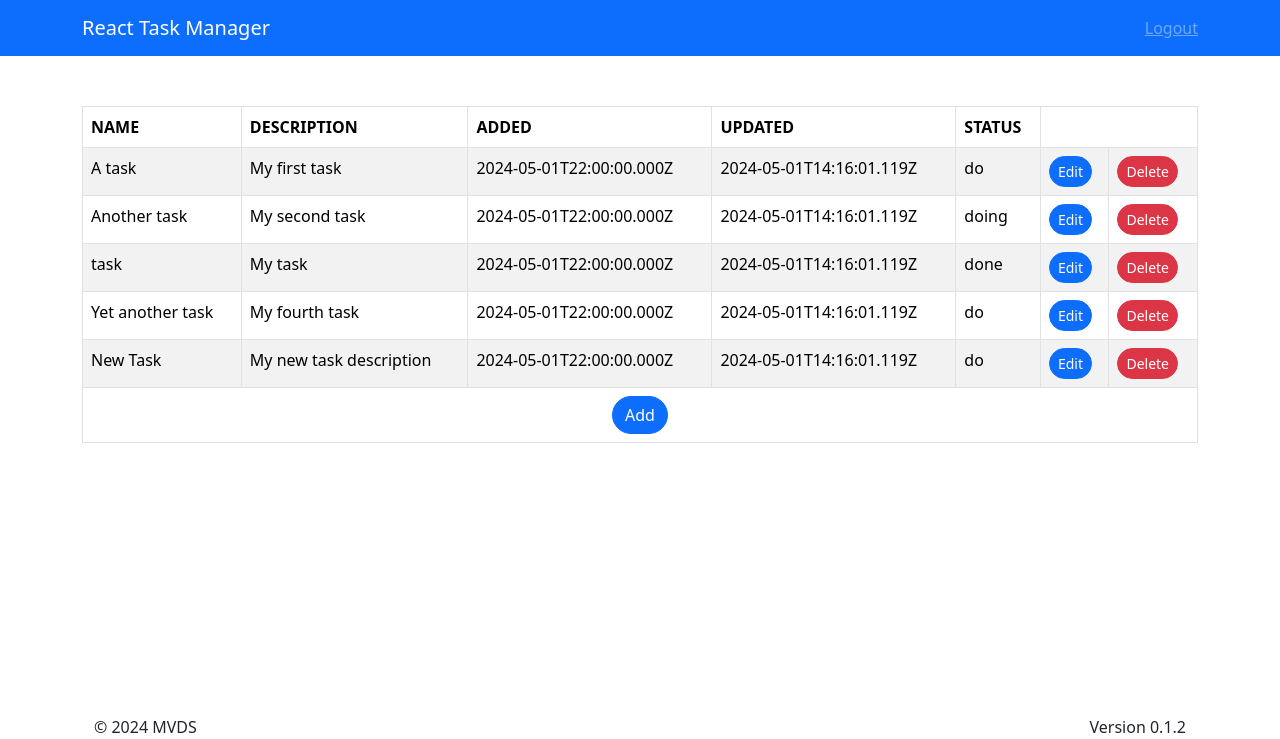
Repository: trider/react-task-manager
Page: /#/tasks
An editor plug-in stored every save of this project. The page is shown before and after a run of saves, followed by the edit.
The browser window is 1280 px wide. The pictures show the whole page.
The project was rebuilt for these pictures with package versions that can differ from the ones it lists, and the page was loaded fresh each time. Also part of the build but not shown: src/App.css, src/_data/_Users.js, src/pages/Login.js, src/components/Add.js.

Above is the page before, as saved 2024-05-10 15:31:51.

### src/App.js
// import logo from './logo.svg';
import './App.css';
import 'bootstrap/dist/css/bootstrap.min.css';
// import { BrowserRouter, Routes, Route } from "react-router-dom";
import {HashRouter as Router, Routes, Route} from "react-router-dom";
import LoginForm from "./pages/Login";
import TaskList from "./pages/Task";

// const path = process.env.REACT_APP_FOR_PATH;

function App() {
  return (
    <div>
      <Router baseline="/">
        <Routes>
          <Route index element={<LoginForm />} />
            <Route path="login" element={<LoginForm />} />
            <Route path="tasks" element={<TaskList />} />
        </Routes>
      </Router>
    </div>
  );
}

export default App;

### src/pages/Task.js
import * as React from 'react';

import { useState } from 'react';
import { useReducer } from 'react';

import Table from 'react-bootstrap/Table';
import Container from 'react-bootstrap/Container';
import Button from 'react-bootstrap/Button';
import Form from 'react-bootstrap/Form';

import NavbarComponent from '../components/Navigation';
import Footer from '../components/Footer';
import TaskAdd from '../components/Add';
import ModalComponent from '../components/Modal';

import userTasks from '../_data/_Tasks';
import tableCols from '../_data/_Cols';
import tasksReducer from '../_Reducers/tasksReducer';

const states = ['do', 'doing', 'done'];




const TaskTable = () => {

  const [tasks, dispatch] = useReducer(tasksReducer, userTasks);
  const [taskName, setTaskName] = useState("A Task");
  const [taskDescription, setTaskDescription] = useState("Task Description");
  const [taskStatus, setTaskStatus] = useState("do");






  const addTask = (task) => {
    // setDateAdded(new Date().toISOString());
    // setDateUpdated(new Date().toISOString());
    setTaskStatus('do');

    dispatch({
      type: 'added',
      task: task,
    });
  }

  const editTask = (task) => {
    task.isEdit = true;
    dispatch({
      type: 'edit',
      task: task,
    });



  }

  const getButton = (task) => {

    if (task.isEdit) {
      return <Button variant="primary rounded-pill" size='sm' onClick={(e) => updateTask(task)}>
        Update
      </Button>
    }
    else {
      return <Button variant="primary rounded-pill" size='sm' onClick={(e) => editTask(task)}>
        Edit
      </Button>
    }

  }

  const updateTask = (task) => {

    task.isEdit = false;
    task.name = taskName;
    tasks.description = taskDescription
    task.status = taskStatus
    task.updated = new Date().toISOString();



    dispatch({
      type: 'changed',
      task: task,
    });


    // setIsAdd(false);



  }

  const deleteTask = (task) => {
    dispatch({
      type: 'deleted',
      task: task,
    });
  }

  const getTask = (task, col) => {
    if (task.isEdit) {
      if (col === 'name') {
        return <Form.Control
          type="text"
          value={taskName}
          onChange={(e) => setTaskName(e.target.value)}
        />
      }
      else if (col === 'description') {
        return <Form.Control
          type="text"
          value={taskDescription}
          onChange={(e) => setTaskDescription(e.target.value)}
        />
      }
      else if (col === 'status') {
        return <Form.Select  onChange={(e) => setTaskStatus(e.target.value)}>
          {states.map((state) => (  <option key={state} value={state}>{state}</option>))}
        </Form.Select>
      }
      else {
        return task[col]
      }


    }
    else {
      return task[col]
    }


  }



  const showTableBody = () => {


      return <tbody>
        {tasks.map((task) => (
          <tr key={task.id}>
            {tableCols.map((col) => (
              <td key={col}>

                {getTask(task, col)}

              </td>
            ))}

            <td>
              {getButton(task)}
              {/* <ModalComponent title='Edit' tasks={tasks} onAddTask={addTask} size='sm' /> */}
            </td>
            <td>
              <Button variant="danger rounded-pill" size='sm' onClick={(e) => deleteTask(task)}>
                Delete
              </Button>
            </td>
          </tr>
        ))}



        <tr style={{height:"40px"}}>

          <td colSpan={tableCols.length+2} style={{ backgroundColor: "white" }}>
          <div className="d-grid gap-2 d-md-flex justify-content-md-center">
            <ModalComponent
            title='Add'
            tasks={tasks}
            task={{
              name: 'New Task',
              description: taskDescription,
              user: 'jonnygold',
              status: 'do',
              taskId: tasks.length + 1,
              added: new Date().toISOString(),
              updated: new Date().toISOString(),
              isActive: true,
              isEdit: false}}
            onAddTask={addTask}
            onEditTask={updateTask} />
          </div>



          </td>
        </tr>
      </tbody>




  }






  return (
    <div >
      <Table striped bordered hover size="lg">
        <thead>
          <tr>
            {tableCols.map((col) => (
              <th key={col}>{col.toUpperCase()}</th>
            ))}
            <th colSpan={"2"}></th>
          </tr>
        </thead>

        {showTableBody()}

      </Table>





    </div>
  );
}


const TaskList = () => {



  return (
    <div>

      <NavbarComponent />
      <Container style={{ marginTop: "50px" }}>

        <div style={{ marginTop: "50px" }}>
          <TaskTable />

        </div>

      </Container>
      <Container style={{ paddingTop: '20%' }} >
        <Footer />
      </Container>

    </div>
  );
}

export default TaskList;

### src/components/Footer.js
import * as React from 'react';
import Container from 'react-bootstrap/Container';
import Row from 'react-bootstrap/Row';
import Col from 'react-bootstrap/Col';


const Footer = () => {
  return (
    <footer>
      <Container >
      <Row>
        <Col sm={8}>&copy; 2024 MVDS</Col>
        <Col style={{textAlign:"right"}}>Version 0.1.2</Col>
      </Row>
      </Container>
    </footer>
  );
}

export default Footer;

### src/components/Navigation.js
import * as React from 'react';
import Container from 'react-bootstrap/Container';
import Nav from 'react-bootstrap/Nav';
import Navbar from 'react-bootstrap/Navbar';
import {Link as ReactLink} from "react-router-dom";






const NavbarComponent = () => {
  return (
    <Navbar bg="primary" expand="lg" data-bs-theme="dark">
      <Container>
        <Navbar.Brand href="#home">React Task Manager</Navbar.Brand>
        <Navbar.Toggle aria-controls="basic-navbar-nav" />
        <Navbar.Collapse id="basic-navbar-nav">
          <Nav className="me-auto" >
          </Nav>

          <div className='Nav'>
            <ReactLink to="/login">Logout</ReactLink>
          </div>
        </Navbar.Collapse>
      </Container>
    </Navbar>
  );
}



export default NavbarComponent;

### src/components/Modal.js
import { useState } from 'react';
import Button from 'react-bootstrap/Button';
import Modal from 'react-bootstrap/Modal';
import Form from 'react-bootstrap/Form';






const ModalComponent = (props) => {

  const [taskName, setTaskName] = useState(props.task.name);
  const [taskDescription, setTaskDescription] = useState(props.task.description);
  const [dateAdded, setDateAdded] = useState(props.task.added);
  const [dateUpdated, setDateUpdated] = useState(props.task.updated);
  const [show, setShow] = useState(false);



  const handleClose = () => setShow(false);
  const handleShow = () => setShow(true);
  return (
    <div >
      <Button variant="primary" onClick={handleShow} className='rounded-pill' size={props.size}>
        {props.title}
      </Button>

      <Modal show={show} onHide={handleClose}>
        <Modal.Header closeButton>
          <Modal.Title>{props.title}</Modal.Title>
        </Modal.Header>
        <Modal.Body>
        <Form onSubmit={(e) => {
        setDateAdded(new Date().toISOString());
        setDateUpdated(new Date().toISOString());

        if(props.title === 'Add'){


          props.onAddTask({
            name: taskName,
            description: taskDescription,
            user:props.task.user,
            status: props.task.status,
            taskId: props.task,
            added: dateAdded,
            updated: dateUpdated,
            isActive: true,
            isEdit: false
          });
      }
            setShow(false);



      }}>

        <Form.Group className="mb-3" controlId="taskName">
          <Form.Label>Name</Form.Label>
          <Form.Control
            type="text"
            value={taskName}
            onChange={(e) => setTaskName(e.target.value)}


          />
        </Form.Group>
        <Form.Group className="mb-3" controlId="taskDescription">
          <Form.Label>Description</Form.Label>
          <Form.Control
            type="text"
            value={taskDescription}
            onChange={(e) => setTaskDescription(e.target.value)}

          />
        </Form.Group>

        <div className="d-grid gap-2">
          <Button variant="primary" type="submit" >Submit</Button>
        </div>
      </Form>




        </Modal.Body>

      </Modal>
    </div>
  );
}

export default ModalComponent;

### src/_data/_Tasks.js
const userTasks= [
 {
   id: "6630ab326e723ac1ea6dce7a",
   description: "My first task",
   name: "A task",
   taskId: 1,
   user: "jonnygold",
   added: "2024-05-01T22:00:00.000Z",
   updated: "2024-05-01T14:16:01.119Z",
   status: "do",
   isActive: true,
   isEdit: false
 },
 {
   id: "6630fe5d6e723ac1ea6dce7e",
   description: "My second task",
   name: "Another task",
   taskId: 2,
   user: "jonnygold",
   added: "2024-05-01T22:00:00.000Z",
   updated:"2024-05-01T14:16:01.119Z",
   status: "doing",
   isActive: true,
   isEdit: false
 },
 {
   id: "6630fe826e723ac1ea6dce7f",
   description: "My task",
   name: "task",
   taskId: 3,
   user: "jonnygold",
   added: "2024-05-01T22:00:00.000Z",
   updated:"2024-05-01T14:16:01.119Z",
   status: "done",
   isActive: true,
   isEdit: false
 },
 {
   id: "6631f17cc4c9b7f5ab3c28c3",
   name: "Yet another task",
   description: "My fourth task",
   user: "jonnygold",
   taskId: 4,
   added: "2024-05-01T22:00:00.000Z",
   updated:"2024-05-01T14:16:01.119Z",
   isActive: true,
   status: "do",
   isEdit: false

 },
 {
   id: "66323f0d54b80929f84ebdd2",
   user: "jonnygold",
   name: "New Task",
   description: "My new task description",
   status: "do",
   taskId: 5,
   added: "2024-05-01T22:00:00.000Z",
   updated:"2024-05-01T14:16:01.119Z",
   isActive: true,
   isEdit: false
 }

]

export default userTasks

### src/_data/_Cols.js
const tableCols = [
 'name',
 'description',
 'added',
 'updated',
 'status',
];

export default tableCols

### src/_Reducers/tasksReducer.js
export default function tasksReducer(tasks, action) {
 switch (action.type) {
   case 'added': {
     return [
       ...tasks,
       {
         id: action.id,
         ...action.task,
         done: false,
       },
     ];
   }
   case 'edit': {
    return tasks.map((t) => {
      if (tasks.filter((t) => t.isEdit === true).length < 1) {
            if (t.taskId === action.task.taskId) t = !t.isEdit;
          }
     return t;
    });
  }
   case 'changed': {



     return tasks.map((t) => {
      if (t.taskId === action.task.taskId) return action.task


      return t;

     })






   }
   case 'deleted': {
     return tasks.filter((t) => t.taskId !== action.task.taskId);
   }
   default: {
     throw Error('Unknown action: ' + action.type);
   }
 }
}

Loaded but not shown: public/index.html (common file); src/index.js (common file); src/index.css (common file); src/reportWebVitals.js (common file)

After the next 2 saves:
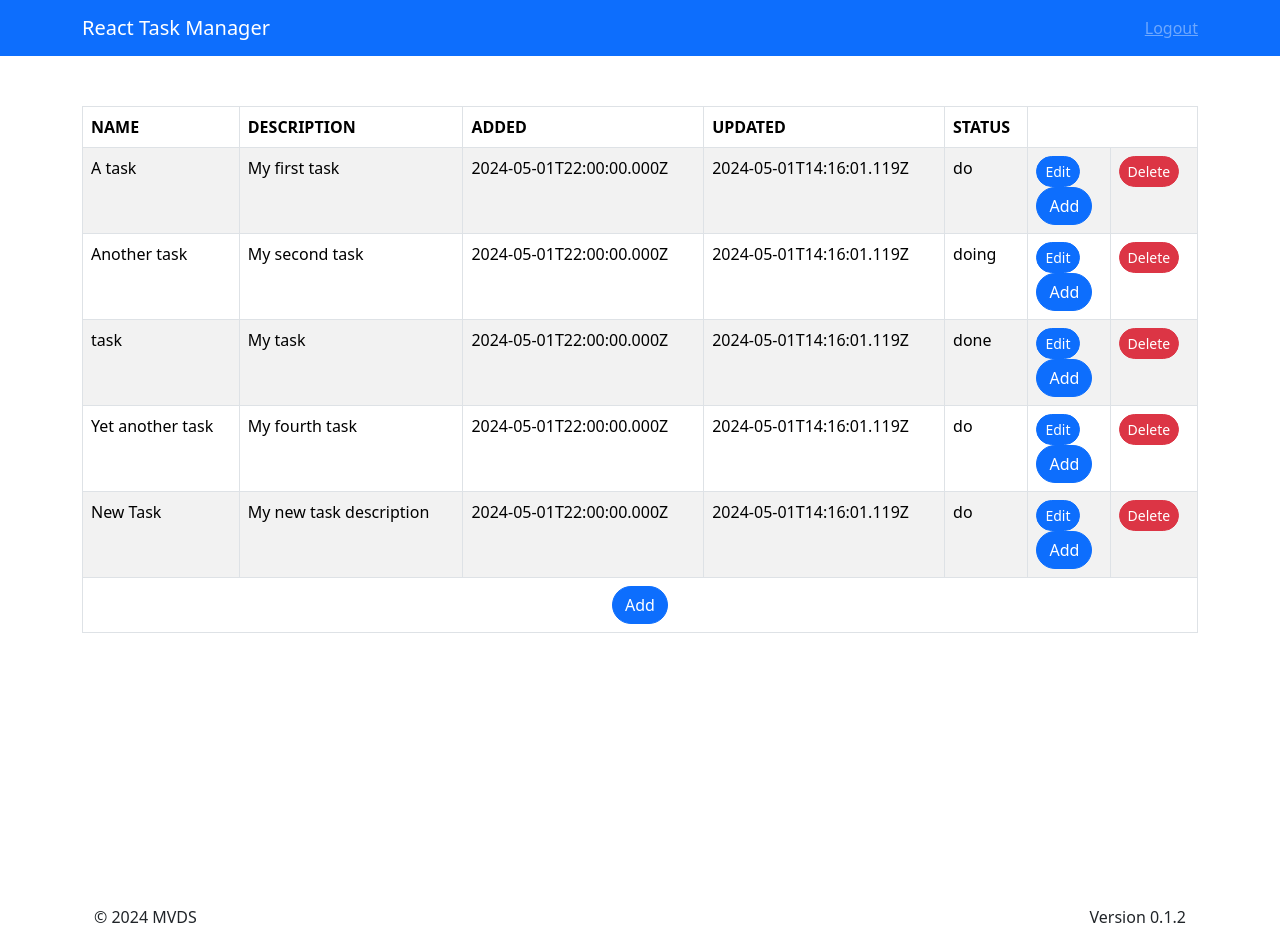
The 2 saves are shown as one change because 1 did not build or start.
The last was saved 64 s later.
--- a/src/pages/Task.js
+++ b/src/pages/Task.js
@@ -152,7 +152,12 @@ const TaskTable = () => {
 
             <td>
               {getButton(task)}
-              {/* <ModalComponent title='Edit' tasks={tasks} onAddTask={addTask} size='sm' /> */}
+              <ModalComponent
+              title='Add'
+            tasks={tasks}
+            task={task}
+            onAddTask={addTask}
+            onEditTask={updateTask} />
             </td>
             <td>
               <Button variant="danger rounded-pill" size='sm' onClick={(e) => deleteTask(task)}>
